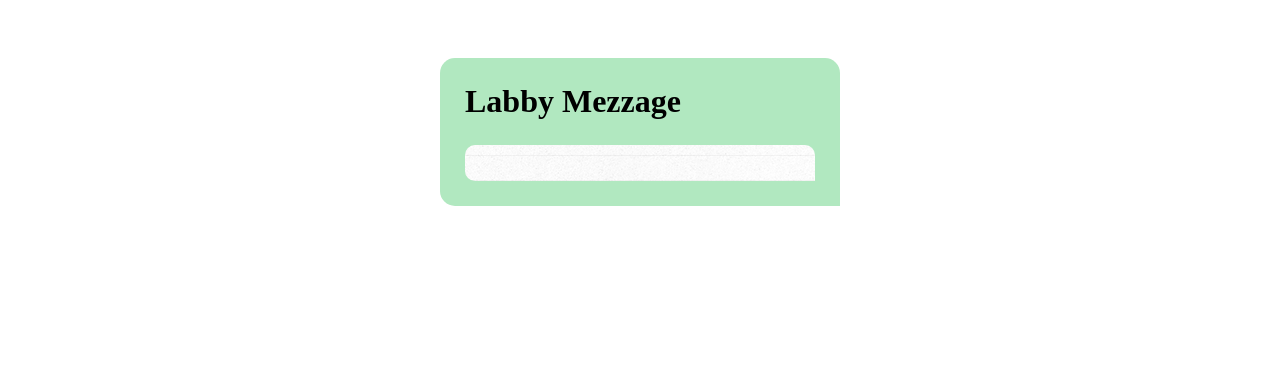
Repository: lw222gu/1dv403-laborationer
Page: 2-labbymezzage/index.html
The author's editor kept a record of every edit. The page is drawn from the files as they stood at one moment, then again after the next edit.
The browser window is 1280 px wide. The pictures show the whole page.
Some web fonts or font styles are not loaded; a fallback is used.

Above is the page before.
Console error: TypeError: Cannot set properties of null (setting 'onclick')

### 2-labbymezzage/index.html
<!doctype html>
<html lang = "sv">
    <head>
        <meta charset="utf-8" />
        <meta name="viewport" content="width=device-width, initial-scale=1.0" />
        <title>Labby Mezzage</title>

        <!-- Main CSS -->
        <link rel="stylesheet" href="css/style.css" />

        <!-- Fonts -->
        <link href='//fonts.googleapis.com/css?family=Shadows+Into+Light+Two' rel='stylesheet' type='text/css'>

        <!-- JavaScript -->
        <script src="mainscript.js"></script>
        <script src="message.js"></script>

    </head>

    <body>

        <div id="container">
            <header>
                <h1>Labby Mezzage</h1>
            </header>

            <main>
                <div id="messages">
 <!--                   <ul>
                        <li>Ett testinlägg för att kunna skriva css:en för listor och listelement.</li>
                        <li>Ett testinlägg för att kunna skriva css:en för listor och listelement.</li>
                    </ul>
                </div>
                <div id="counter"></div>
                <textarea class="textbox"></textarea>
                <input class="button" type="submit" value="Skriv!" />
            </main>
        </div>

    </body>
</html>

### 2-labbymezzage/css/style.css
body {
    font-size: 1em;
    padding-top:50px;
    font-family:Arial, sans-serif;
}

#container {
    max-width: 350px;
    margin: 0 auto 0 auto;
    background-color:#B1E8C0;
    overflow: auto;
    padding:25px;
    border-radius:15px 15px 0px 15px;
}

main {
    width:inherit;
    background-color:#FFF;
    background-image:url(pics/linedpaper.png);
    margin-top:25px;
    padding:10px;
    border-radius:10px 10px 0px 10px;
    overflow:auto;

}

h1 {
    font-family: 'Shadows Into Light Two', cursive;
    color: #000 ;
    margin:0px;
}

ul {
    list-style:none;
    padding-left:0px;
}

li {
    padding:10px;
    font-size:0.7em;
    color:#000;
    background-color:rgba(240, 240, 240, 0.5);
    border-radius:10px 10px 0px 10px;
    box-shadow:3px 3px 0px rgb(220, 220, 220);
    margin-bottom: 6px;

}

.textbox {
    resize:none;
    box-sizing:border-box;
    width: 100%;
    overflow:auto;
    height:100px;
    padding:10px;
    margin-bottom:5px;
    border-width:1px;
    border-color:#000;
    border-style:solid;
    border-radius:10px 10px 0px 10px;
    box-shadow:3px 3px 0px rgb(220, 220, 220);
}

.button {
    float:right;
    padding:10px;
    border-radius:8px 8px 0px 8px;
    border:none;
    color:#FFF;
    background-color:#000;
    cursor: pointer;
    box-shadow:3px 3px 0px rgb(220, 220, 220);
    font-size:0.7em;
}

### 2-labbymezzage/mainscript.js
"use strict";

var mezzageApp = {

    messages: [],

    init: function(e){

        var divMessages = document.getElementById("messages");
        var ul = document.createElement("ul");
        var clickedOnce = false;

        var button = document.querySelector("#button");
        divMessages.appendChild(ul);

        button.onclick = function(){

        var mess = new Message(Message.message, Message.date);
        mezzageApp.messages.push(mess);
        console.log(mezzageApp.messages);

        var li;

        for (mess in mezzageApp.messages){
            li = document.createElement("li");
        }

        ul.appendChild(li);

        };



//        sendMess.addEventListener("click", function(){
//           var mess = new Message();
//        });

   /*
        var mess = new Message("Testmeddelande", new Date());
        alert(mess);
        alert(mess.getText());
        mess.setText("En annan text att testa");
        alert(mess);

        mezzageApp.messages.push(mess, "Kiwi");
        alert(mezzageApp.messages[1]);
        console.log(mess);
    */
    }
};

window.onload = mezzageApp.init; //pekar på metoden init som kommer köras när sidan laddats

### 2-labbymezzage/message.js
"use strict";
/* Message constructor */

function Message(message, date){

 //   var text;

    this.getText = function(){
        return message;
    };

    this.setText = function(_text){
        message = _text;
    };

    this.getDate = function(){
        return date;
    };

    this.setDate = function(_date){
        date = new Date();
    };
}

Message.prototype.toString = function(){
    // Returnerar objektet som en sträng
    return (this.getText() + " (" + this.getDate() + ")");
};

Message.prototype.getHTMLText = function(){
    // Hämtar texten med \n utbytt mot <br/>
    var text = this.getText();
    return text;

};

Message.prototype.getDateText = function(){
    // Hämtar datumet? Vad gör denna egentligen. Finns med i exemplet men inte listan över funktioner.
};

After the next edit:
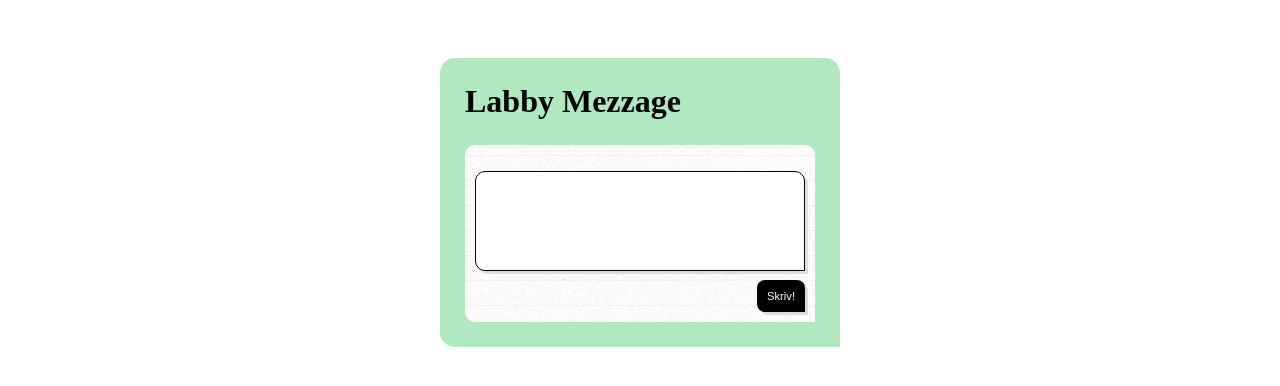
The edit:
--- a/2-labbymezzage/index.html
+++ b/2-labbymezzage/index.html
@@ -30,6 +30,7 @@
                         <li>Ett testinlägg för att kunna skriva css:en för listor och listelement.</li>
                         <li>Ett testinlägg för att kunna skriva css:en för listor och listelement.</li>
                     </ul>
+-->
                 </div>
                 <div id="counter"></div>
                 <textarea class="textbox"></textarea>
